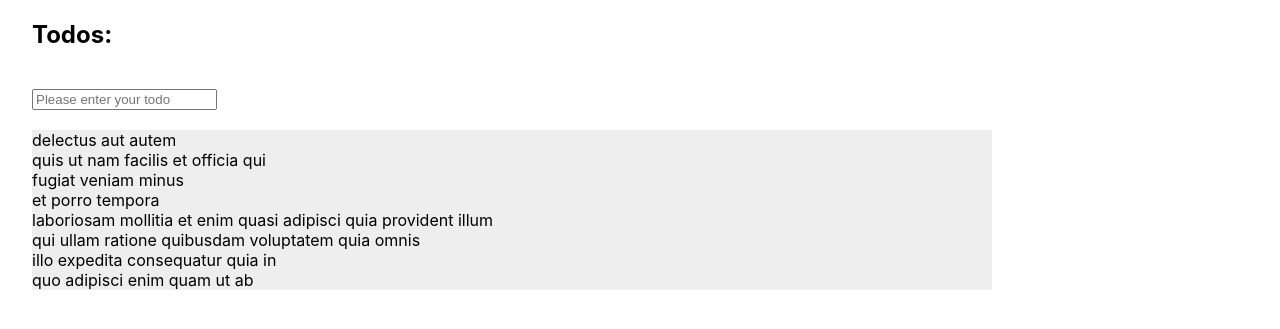
Repository: vhoreho/react
Page: / (app in myapp/)
An editor plug-in stored every save of this project. The page is shown before and after the next save, followed by the edit.
The browser window is 1280 px wide. The pictures show the whole page.
The project was rebuilt for these pictures with package versions that can differ from the ones it lists, and the page was loaded fresh each time.

Above is the page before, as saved 2022-08-08 21:31:38.

After the next save:
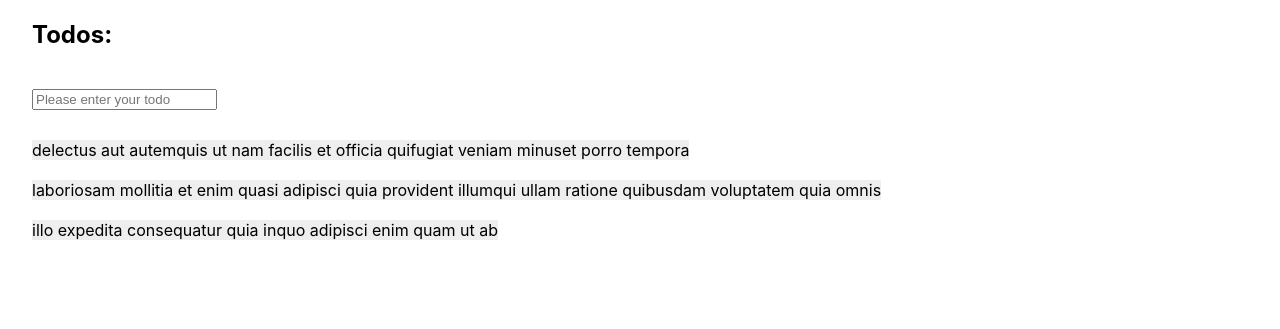
Saved 24 s later.
--- a/myapp/src/components/TodoItem.js
+++ b/myapp/src/components/TodoItem.js
@@ -4,7 +4,9 @@
     const { id, copmpleted, title } = props;
     return (
         <li style={{
-            background: '#eee'
+            background: '#eee',
+            display: 'inline-block',
+            margin: '10px 0'
         }}>
             {title}
         </li>
